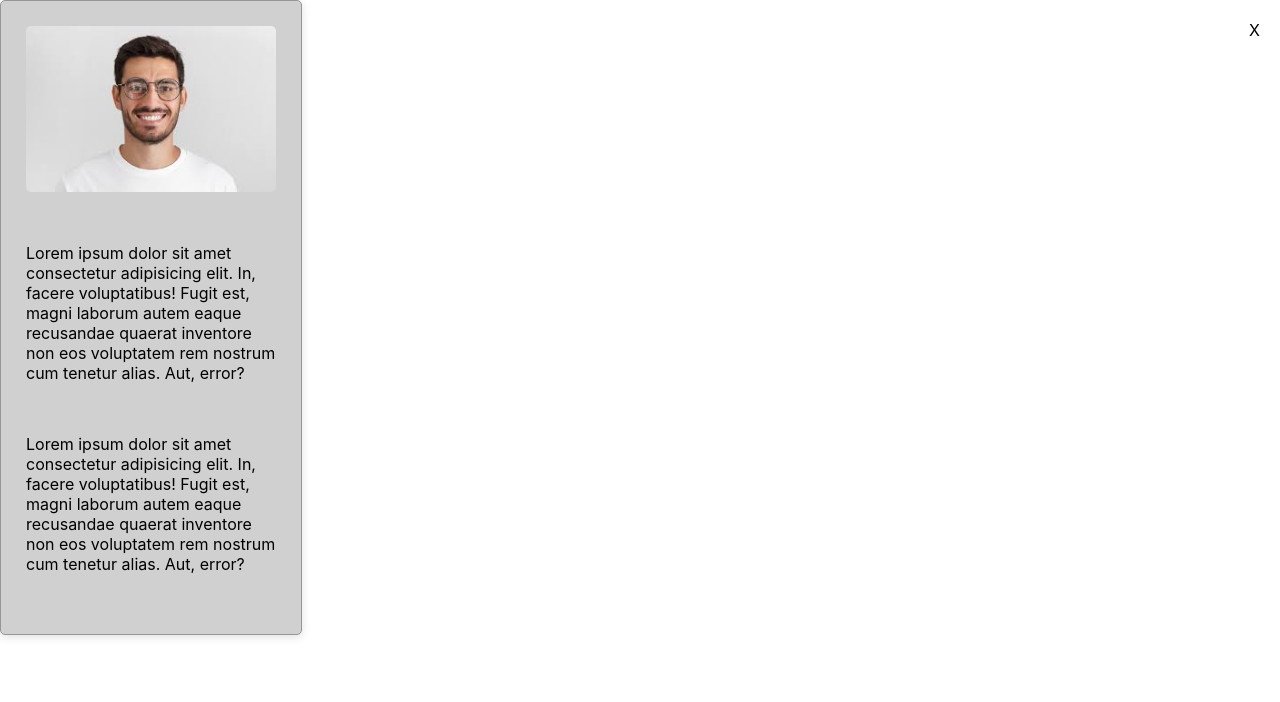
Repository: mikelnorth/team-profile-demo
Page: /
The author's editor kept a copy of each file at every save. The page is drawn from the files as they stood at one save, then again after the next save.
The browser window is 1280 px wide. The pictures show the whole page.
The project was rebuilt for these pictures with package versions that can differ from the ones it lists, and the page was loaded fresh each time.

Above is the page before, as saved 2022-05-19 18:59:51.

After the next save:
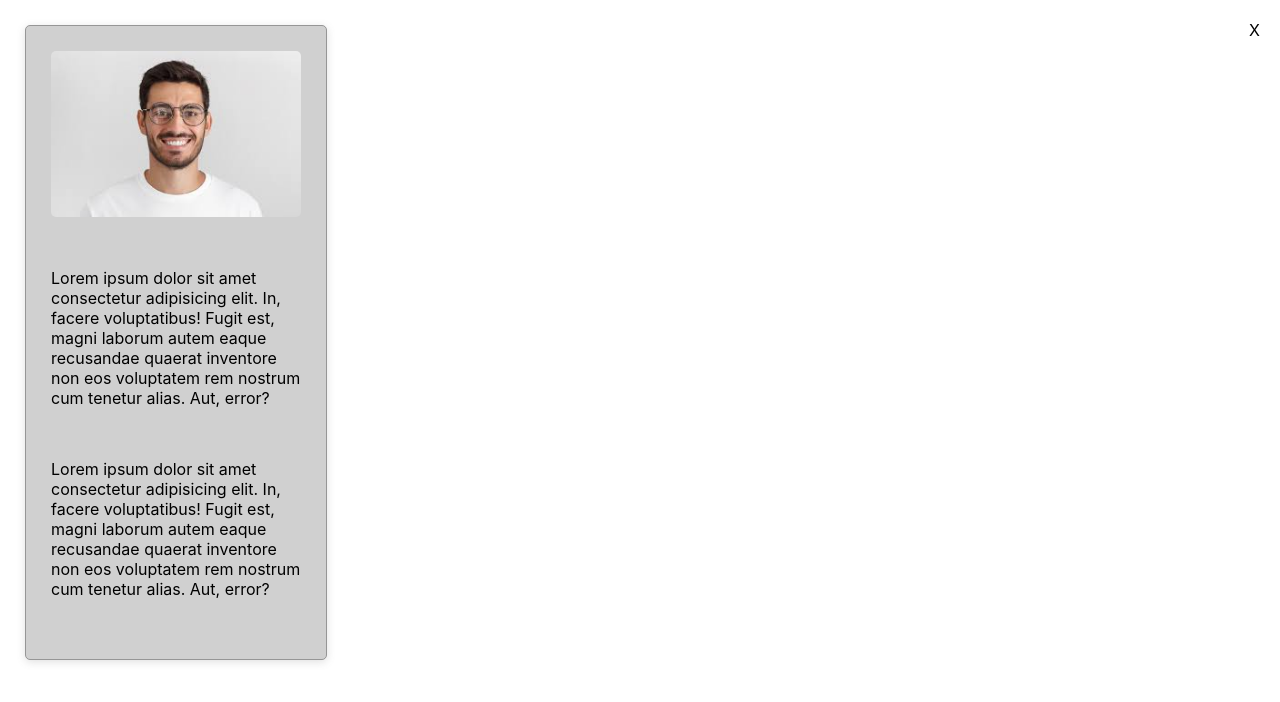
Saved 28 s later.
--- a/src/App.scss
+++ b/src/App.scss
@@ -3,3 +3,7 @@ nav {
   top: 20px;
   right: 20px;
 }
+
+main {
+  padding: 25px;
+}
